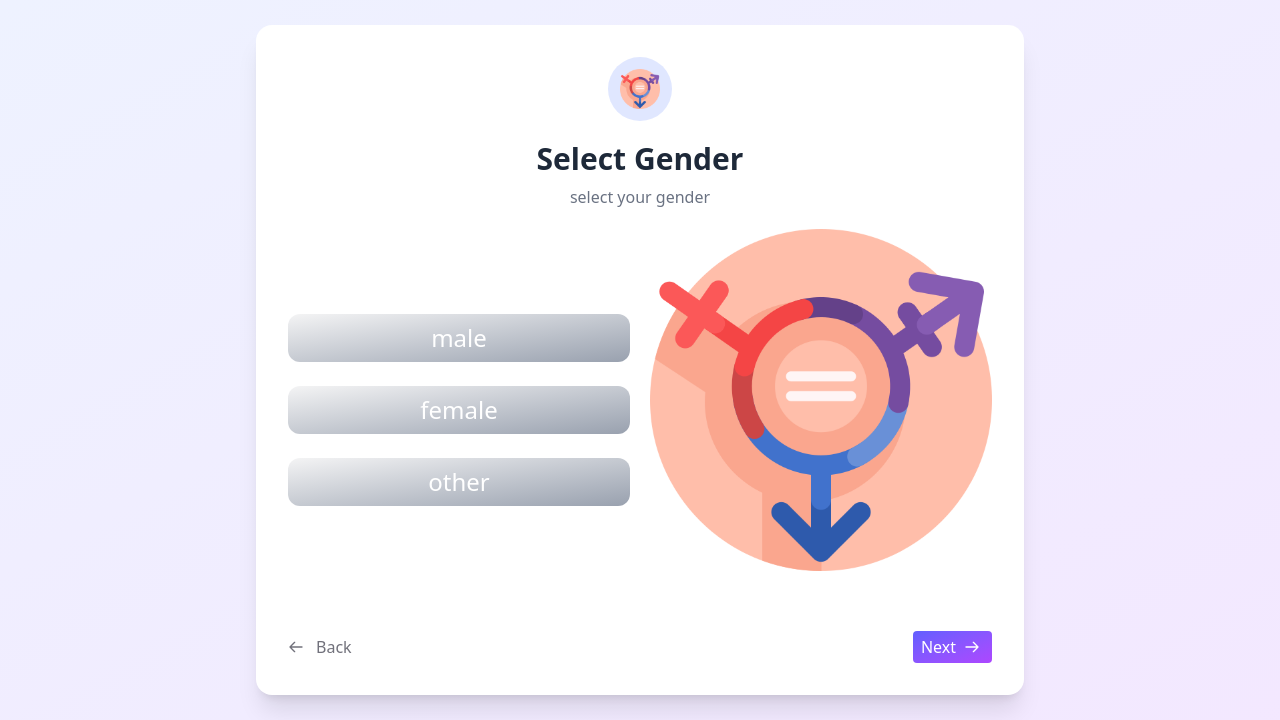
Repository: aryan151pratap/FitPanda
Page: / (app in frontened/), after clicking the first element matching `button.px-2`
The author's editor kept a copy of each file at every save. The page is drawn from the files as they stood at one save, then again after the next save.
The browser window is 1280 px wide. The pictures show the whole page.
The project was rebuilt for these pictures with package versions that can differ from the ones it lists, and the page was loaded fresh each time. Also part of the build but not shown: frontened/vite.config.js, frontened/src/App.css, frontened/src/components/page_1.jsx, frontened/src/login/login.jsx, frontened/src/login/sign_up.jsx, frontened/src/login/otp.jsx, frontened/src/notification/notify.jsx.

Above is the page before, as saved 2025-06-04 23:54:27.

After the next save:
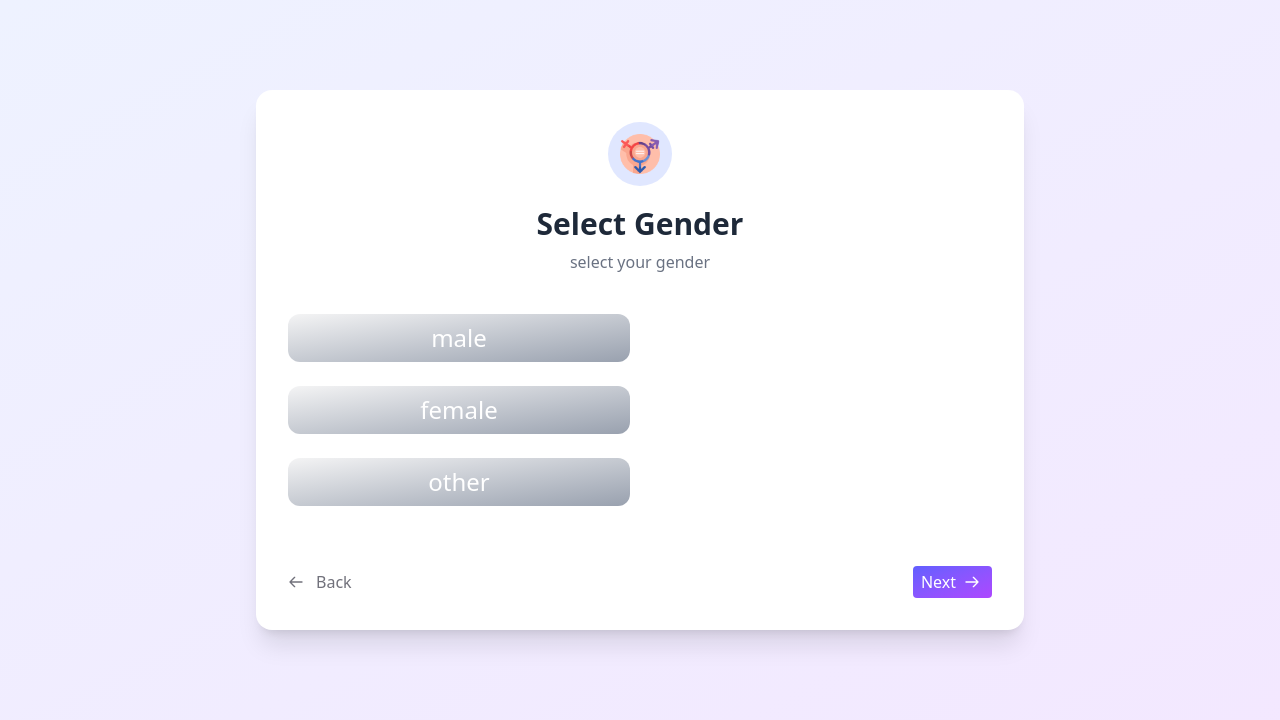
Saved 80 s later.
--- a/frontened/src/about_user/gender.jsx
+++ b/frontened/src/about_user/gender.jsx
@@ -5,7 +5,7 @@ import female_panda from '../image/female_panda.png';
 
 function Gender(){
 	const [gender, setGender] = useState('');
-	const [image, setImage] = useState(gender_img);
+	const [image, setImage] = useState();
 
 	const gen = [
 		{name: 'male', image: male_panda},
@@ -49,7 +49,12 @@ function Gender(){
 						<div className="w-fill flex flex-col gap-6 mt-5">
 						{gen.map((i, index) => (
 							<div key={index}>
-								<button className="w-full p-2 text-white text-2xl rounded-xl bg-gradient-to-br from-zinc-100 to-gray-400 cursor-pointer transition hover:px-4">
+								<button className="w-full p-2 text-white text-2xl rounded-xl bg-gradient-to-br from-zinc-100 to-gray-400 cursor-pointer transition hover:px-4"
+								onClick={() => {
+									setGender(i.name);
+									setImage(i.image)
+								}}
+								>
 									{i.name}
 								</button>
 							</div>
